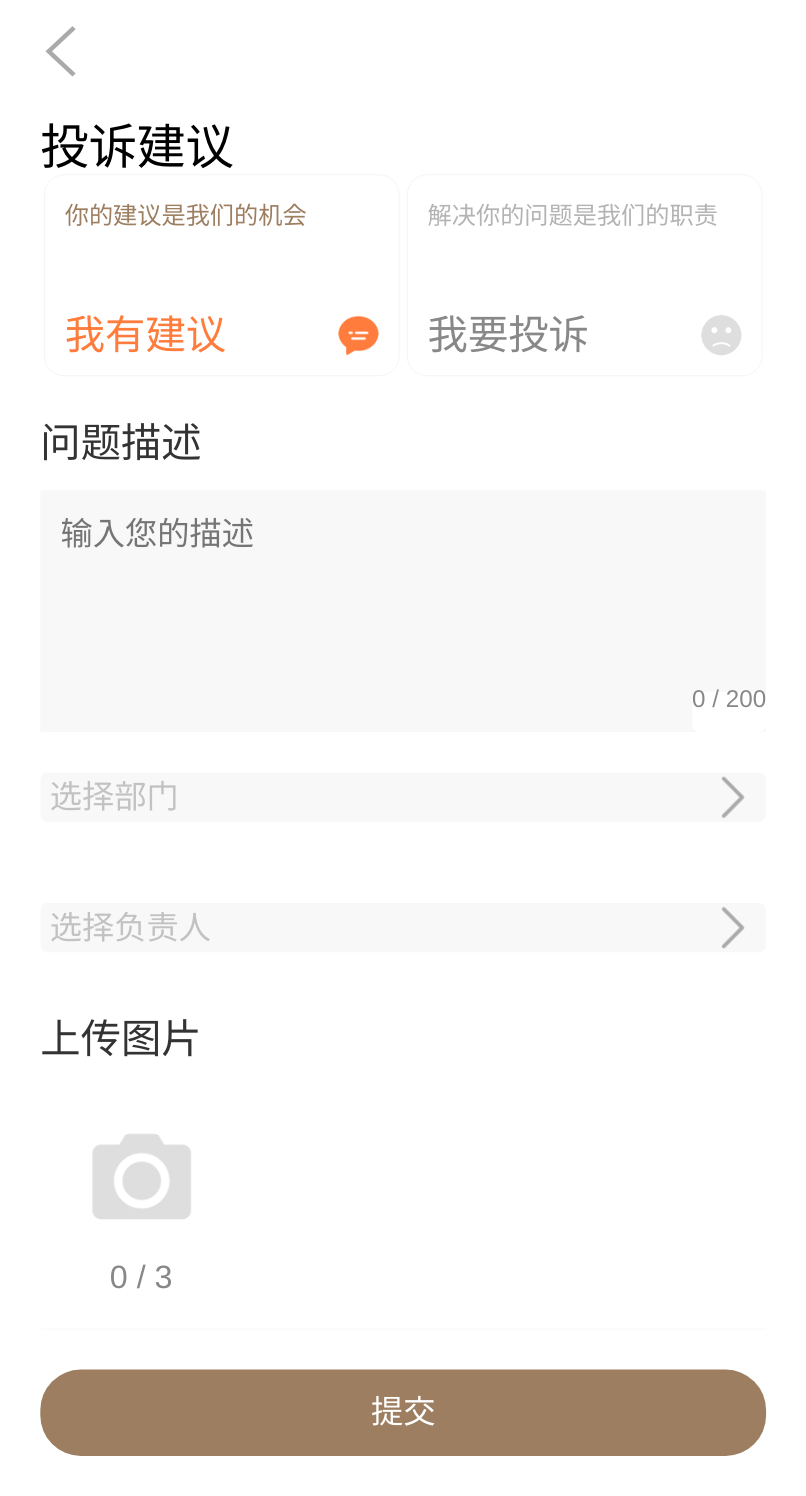
Repository: missing-star/rockBridge
Page: complaint.html
An editor plug-in stored every save of this project. The page is shown before and after the next save, followed by the edit.
The browser window is 1280 px wide. The pictures show the whole page, at 63% of full size.

Above is the page before, as saved 2019-04-19 14:17:41.
Console error: ReferenceError: initPicker is not defined

### complaint.html
<!DOCTYPE html>
<html lang="en">

<head>
    <meta charset="UTF-8">
    <meta name="viewport" content="width=device-width, initial-scale=1.0, user-scalable=no,maximum-scale=1.0">
    <meta http-equiv="X-UA-Compatible" content="ie=edge">
    <meta http-equiv="Expires" content="0">
    <meta http-equiv="Pragma" content="no-cache">
    <meta http-equiv="Cache-control" content="no-cache">
    <meta http-equiv="Cache" content="no-cache">
    <link rel="stylesheet" href="assets/mui/css/mui.min.css?v=1.1.0">
    <link rel="stylesheet" href="assets/mui/picker/css/mui.picker.min.css?v=1.1.0">
    <link rel="stylesheet" href="css/common.css?v=1.1.0">
    <link rel="stylesheet" href="css/complaint.css?v=1.1.0">
    <title>叠石桥</title>
    <!--
        意见投诉
    -->
</head>

<body>
    <div id="app">
        <header class="mui-bar mui-bar-nav">
            <i onclick="goBack()" class="mui-icon mui-icon-arrowleft"></i>
        </header>
        <div class="mui-content">
            <header class="packet-title">
                <p>投诉建议</p>
            </header>
            <!--大分类-->
            <div class="classify">
                <div data-type="proposal" class="classify-item active">
                    <p class="title">你的建议是我们的机会</p>
                    <div class="bottom-icon">
                        <span class="title">我有建议</span>
                        <img v-show="currentTab == 'proposal'" class="classify-icon" src="imgs/proposal-active.png" alt="">
                        <img v-show="currentTab == 'complaint'" class="classify-icon" src="imgs/proposal.png" alt="">
                    </div>
                </div>
                <div data-type="complaint" class="classify-item">
                    <p class="title">解决你的问题是我们的职责</p>
                    <div class="bottom-icon">
                        <span class="title">我要投诉</span>
                        <img v-show="currentTab == 'proposal'" class="classify-icon" src="imgs/complaint.png" alt="">
                        <img v-show="currentTab == 'complaint'" class="classify-icon" src="imgs/complaint-active.png"
                            alt="">
                    </div>
                </div>
            </div>
            <p class="title-ques">问题描述</p>
            <div class="question-desc">
                <textarea placeholder="输入您的描述" @input="limitLength" v-model="inputContent" name="" id="" cols="30" rows="10"></textarea>
                <span v-cloak class="amount">{{inputContent.length}} / 200</span>
            </div>
            <!-- <input v-model="selectedNumber" id="number-btn" readonly type="text" class="number-value arrow-right"> -->
            <div class="question-desc">
                <input placeholder="选择部门" id="choose-section" readonly type="text" class="number-value arrow-right">
            </div>
            <div class="question-desc">
                <input placeholder="选择负责人" id="choose-section-leader" readonly type="text" class="number-value arrow-right">
            </div>
            <p class="title-upload">上传图片</p>
            <div class="repair-item upload">
                <div v-for="(item,index) in uploadedImgs" class="upload-item">
                    <img :src="item.src" alt="" class="upload-img-item">
                    <span @click="deleteImg(index)" class="delete-icon">
                    </span>
                </div>
                <div :class="{active:uploadedImgs.length < 3}" class="upload-item upload">
                    <div @click="uploadImg($event)" class="mask-click">
                        <input class="upload-input" hidden type="file" accept="image/*">
                    </div>
                    <img src="imgs/camera.png" alt="" class="camera">
                    <span v-cloak class="imgs-num">{{uploadedImgs.length}} / 3</span>
                </div>
            </div>
            <button @click="submitComplain" class="button-apply">
                提交
            </button>
        </div>
    </div>
    <script src="assets/vue/vue.min.js?v=1.0.2"></script>
    <script src="assets/jquery/jquery.min.js?v=1.0.2"></script>
    <script src="assets/mui/js/mui.min.js?v=1.0.2"></script>
    <script src="assets/mui/picker/js/mui.picker.js?v=1.0.2"></script>
    <script src="assets/mui/picker/js/mui.poppicker.js?v=1.0.2"></script>
    <script src="js/common.js?v=1.0.7.1"></script>
    <script src="js/complaint.js?v=1.0.3"></script>
</body>

</html>

### css/common.css
html,
body,
.mui-content {
    font-size: calc(100vw / 20);
    background: #ffffff;
}
*{
    word-break: break-all;
}
div.mui-content {
    padding: 1rem;
}

header.mui-bar.mui-bar-nav {
    background: #ffffff;
    -webkit-box-shadow: none;
            box-shadow: none;
}

nav.mui-bar.mui-bar-tab {
    background: #ffffff;
    -webkit-box-shadow: 0 0 6px 0 rgba(0, 0, 0, 0.15);
            box-shadow: 0 0 6px 0 rgba(0, 0, 0, 0.15);
}

nva.mui-bar-tab span.mui-tab-label {
    color: #9d7e60;
}

.mui-bar-tab .mui-tab-item.mui-active {
    color: #5f4831;
}

img.mui-icon.nav-bar-icon.active {
    display: inline;
}

img.mui-icon.nav-bar-icon {
    display: none;
}

p {
    margin: 0;
}

input[type=color],
input[type=date],
input[type=datetime-local],
input[type=datetime],
input[type=email],
input[type=month],
input[type=number],
input[type=password],
input[type=search],
input[type=tel],
input[type=text],
input[type=time],
input[type=url],
input[type=week],
select,
textarea {
    margin-bottom: 0;
    width: auto;
    height: auto;
    border: none;
    -webkit-box-flex: 1;
        -ms-flex: 1;
            flex: 1;
    font-size: 0.8rem;
}

input::-webkit-input-placeholder {
    color: #c2c2c2;
}

nav.mui-bar.mui-bar-tab a.mui-tab-item {
    -ms-touch-action: none;
        touch-action: none;
    height: 100%;
}

nav.mui-bar.mui-bar-tab {
    height: 3rem;
}

.mui-bar-tab .mui-tab-item .mui-icon {
    top: 3px;
    width: 1.2rem;
    height: 1.2rem;
    padding-top: 0;
    padding-bottom: 0;
    margin-bottom: 0.1rem;
}

.mui-bar-tab .mui-tab-item .mui-icon~.mui-tab-label {
    font-size: 0.5rem;
    line-height: 1rem;
}

.mui-bar-tab~.mui-content {
    padding-top: 2.5rem;
    padding-bottom: 3rem;
}

button.submit {
    background: #9d7e60;
    width: 100%;
    border: none;
    border-radius: 1rem;
    font-size: 1rem;
    line-height: 1rem;
    color: #fff;
    margin-top: 1rem;
    height: 2rem;
}

button.mui-btn.mui-btn-blue.mui-poppicker-btn-ok,
button.mui-btn.mui-btn-blue {
    color: #ff8b16;
    background: transparent;
    border: none;
    font-size: 1rem;
}

.mui-poppicker-header,
.mui-dtpicker-header {
    border-radius: 0.3rem 0.3rem 0 0;
}

button.mui-btn.mui-poppicker-btn-cancel,
.mui-dtpicker-header button {
    color: #aaaaaa;
    border: none;
    background: transparent;
    font-size: 1rem;
}

button.mui-btn.mui-poppicker-btn-cancel>img,
.mui-dtpicker-header button>img {
    width: 1rem;
}

.mui-picker-inner,
.mui-picker {
    background: #fcfcfc;
    -webkit-mask-box-image: none;
    border-radius: 0 0 0.3rem 0.3rem;
}

.mui-poppicker-body {
    border: none;
    border-radius: 0 0 0.3rem 0.3rem;
}

button.mui-btn {
    color: #aaaaaa;
    border-color: #aaaaaa;
}

.mui-dtpicker-header {
    background: #ffffff;
}

.mui-dtpicker-title h5 {
    display: none;
}

span.mui-popup-button.mui-popup-button-bold {
    color: #FF8B16;
}

span.mui-popup-button {
    color: #aaaaaa;
}

[v-cloak] {
    display: none !important;
}

.mui-poppicker.mui-active,
.mui-dtpicker.mui-active {
    margin: 0.5rem;
    width: calc(100% - 1rem);
    border-radius: 0.3rem;
}

.popicker-title,
.dt-popicker-title {
    -webkit-box-flex: 1;
        -ms-flex: 1;
            flex: 1;
    text-align: center;
    font-size: 1rem;
    color: #000000;
}

.mui-poppicker-header,
.mui-dtpicker-header {
    display: -webkit-box;
    display: -ms-flexbox;
    display: flex;
    -webkit-box-align: center;
        -ms-flex-align: center;
            align-items: center;
    -webkit-box-pack: justify;
        -ms-flex-pack: justify;
            justify-content: space-between;
    background: #eeeeee;
}

.mui-pciker-list li {
    color: #b19c88;
}

.mui-pciker-list li.highlight {
    color: #5f4831;
}

.mui-pciker-rule-ft {
    z-index: 2;
    border-top: solid 1px #ced7de;
    border-bottom: solid 1px #ced7de;
}


input::-webkit-outer-spin-button,
input::-webkit-inner-spin-button {

    -webkit-appearance: none !important;
}

input[type="number"] {
    -moz-appearance: textfield;
}

### js/complaint.js
var vm = new Vue({
    el: '#app',
    data: {
        inputContent: '',
        uploadedImgs: [],
        currentTab: 'proposal',
        type: 1
    },
    methods: {
        limitLength() {
            this.inputContent = this.inputContent.substring(0, 200);
        },
        uploadImg(event) {
            $(event.target).find('input').click();
        },
        deleteImg(index) {
            this.uploadedImgs.splice(index, 1);
        },
        submitComplain() {
            var imgs = this.uploadedImgs.map(function (item) {
                return item.realPath;
            });
            $.ajax({
                url: `${rootUrl}/index/api/getComplain`,
                type: 'post',
                data: {
                    type: vm.type,
                    content: vm.inputContent,
                    images: imgs.join(',')
                },
                dataType: 'json',
                success: function (data) {
                    mui.toast(data.msg);
                    if (data.status == 1) {
                        setTimeout(function () {
                            history.go(-1);
                        }, 200);
                    } else if (data.status == 202) {
                        goLogin();
                    }
                    vm.commentsInfo = data.result;
                },
                error: function () {
                    mui.toast('服务器异常');
                }
            })
        }
    }
});

$(function () {
    //大分类点击
    $("div.classify-item").click(function () {
        if (!$(this).hasClass('active')) {
            vm.currentTab = $(this).attr('data-type');
            $(this).addClass('active');
            $(this).siblings().removeClass('active');
            vm.type = vm.currentTab == 'proposal' ? 1 : 2;
        }
    });

    //监听图片上传
    $('input.upload-input').change(function () {

        var filePath = $(this).val(); //读取图片路径

        var fr = new FileReader(); //创建new FileReader()对象
        var imgObj = this.files[0]; //获取图片

        fr.readAsDataURL(imgObj); //将图片读取为DataURL


        var arr = filePath.split('\\');
        var fileName = arr[arr.length - 1];
        fr.onload = function () {
            uploadImgRealPath(imgObj, this.result);
            //置空文件上传框的值
            $('input.upload-input').val("");
        };
    });
});

//上传图片到后台
function uploadImgRealPath(fileObj, src) {
    var formData = new FormData();
    formData.append('image', fileObj);
    $.ajax({
        url: 'http://dieshiqiao.pzhkj.cn/index/Uploadify/api_imgUp',
        type: 'post',
        dataType: 'json',
        contentType: false,
        processData: false,
        data: formData,
        success: function (data) {
            mui.toast(data.msg);
            if (data.status == 1) {
                //设置文件路径为服务器路径
                vm.uploadedImgs.push({
                    src: src,
                    realPath: data.result
                });
            } else if (data.status == 202) {
                goLogin();
            }
        },
        error: function () {
            mui.toast('服务器异常!');
        }
    })
}


function initSectionPicker(elemId,title) {
    var sectionPicker = new mui.PopPicker({
        title: title
    });
    var data = getSectionList().map(function (item) {
        return {
            value: item.role_id,
            text: item.role_name
        }
    });
    sectionPicker.setData(data);
    var eventBtn = document.getElementById(elemId);
    eventBtn.addEventListener('tap', function (event) {
        sectionPicker.show(function (items) {
            console.log(items[0].value);
        });
    }, false);
}

function initLeaderPicker() {
    var sectionPicker = new mui.PopPicker({
        title: title
    });
    var data = getSectionList().map(function (item) {
        return {
            value: item.role_id,
            text: item.role_name
        }
    });
    sectionPicker.setData(data);
    var eventBtn = document.getElementById(elemId);
    eventBtn.addEventListener('tap', function (event) {
        sectionPicker.show(function (items) {
            console.log(items);
        });
    }, false);
}
/**
 * 获得部门列表
 */
function getSectionList() {
    var res = '';
    $.ajax({
        url:`${rootUrl}/index/api/getComplainRole`,
        type:'post',
        dataType:'json',
        async:false,
        success:function(data) {
            if(data.status == 1) {
                res = data.result;
            }
            else {
                mui.toast(data.msg);
            }
        }
    })
    return res;
}

/**
 * 获得部门对应的负责人
 */

initPicker('choose-section','选择部门','sectionPicker');

Loaded but not shown: assets/mui/css/mui.min.css (library); assets/mui/picker/css/mui.picker.min.css (library); assets/vue/vue.min.js (library); assets/jquery/jquery.min.js (library); assets/mui/js/mui.min.js (library); assets/mui/picker/js/mui.picker.js (389 lines, source omitted); assets/mui/picker/js/mui.poppicker.js (163 lines, source omitted); js/common.js (200 lines, source omitted); css/complaint.css (328 lines, source omitted)

After the next save:
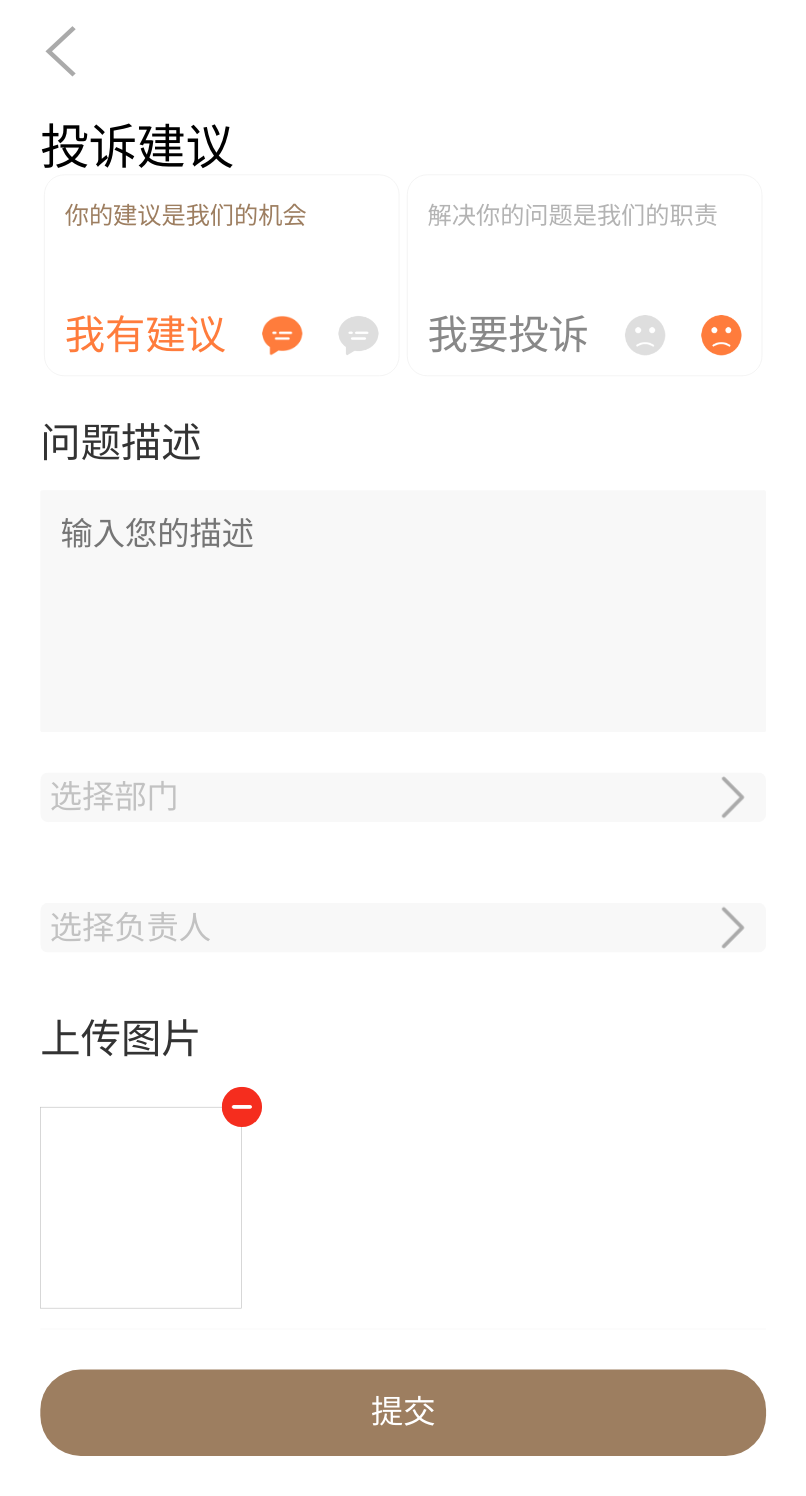
Console error: SyntaxError: Unexpected identifier 'initPicker'
Saved 4 s later.
--- a/js/complaint.js
+++ b/js/complaint.js
@@ -172,5 +172,6 @@
 /**
  * 获得部门对应的负责人
  */
+function getLeader
 
 initPicker('choose-section','选择部门','sectionPicker');

After the save that followed:
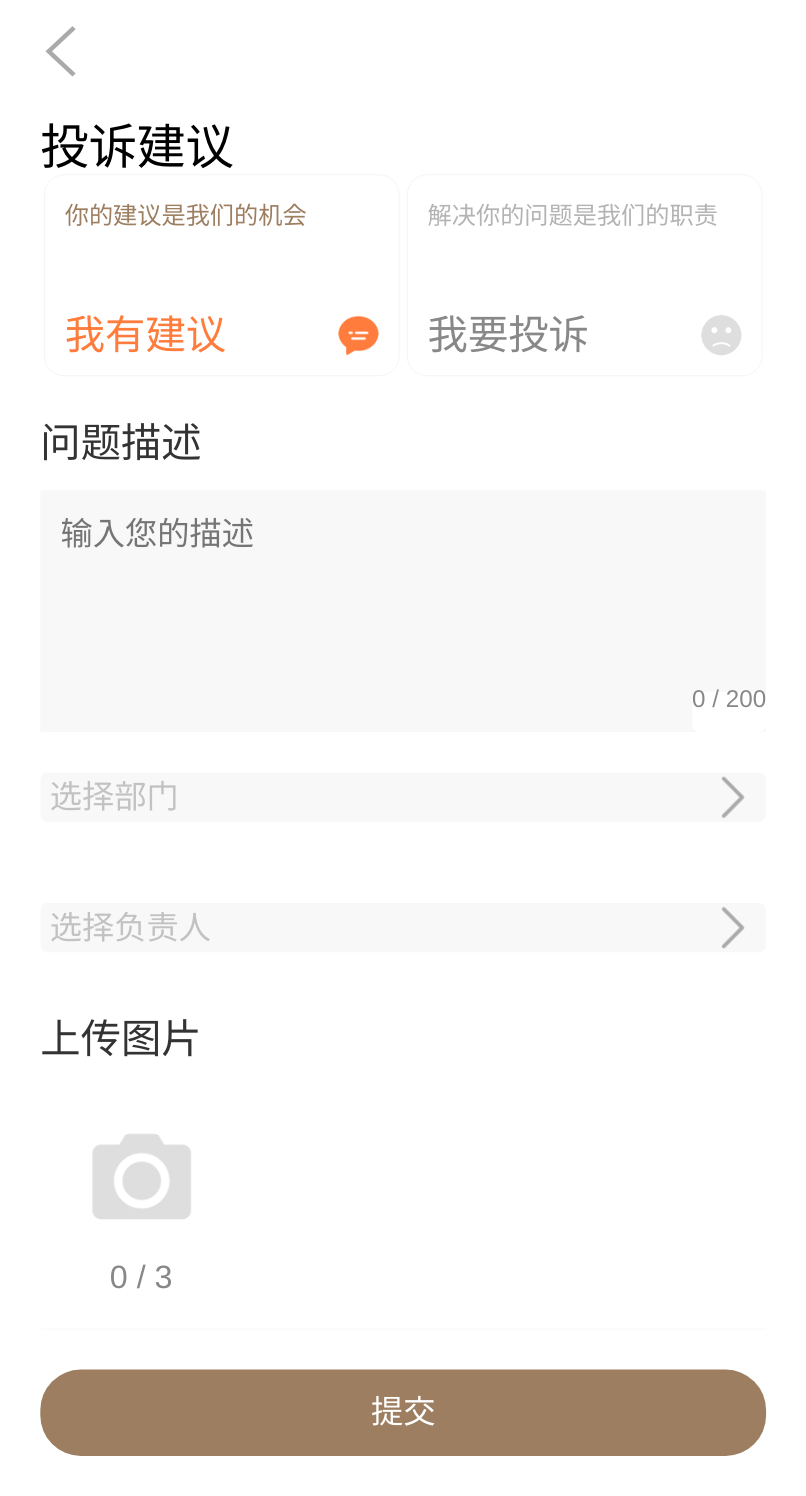
Console error: ReferenceError: initPicker is not defined
Saved 14 s later.
--- a/js/complaint.js
+++ b/js/complaint.js
@@ -172,6 +172,8 @@
 /**
  * 获得部门对应的负责人
  */
-function getLeader
+function getLeaderListBySectionId(sectionId) {
+
+}
 
 initPicker('choose-section','选择部门','sectionPicker');
